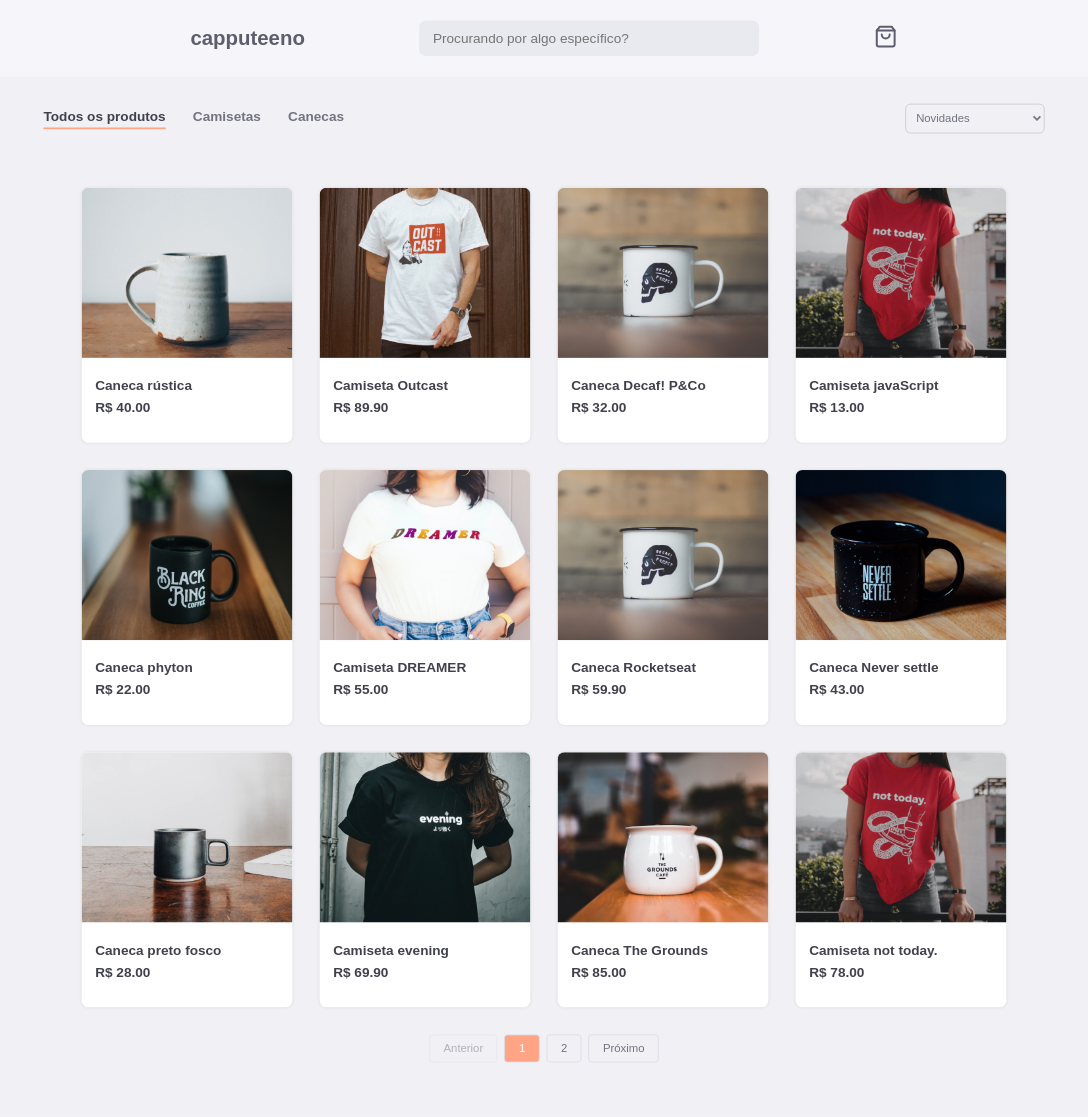
Repository: Biel-barbosa/capputeenoecomerce
Page: /
These files come from the project's save history. The page is drawn as it stood at one moment and after the next save; the edit follows.
The browser window is 1280 px wide. The pictures show the whole page, at 85% of full size.
The project was rebuilt for these pictures with package versions that can differ from the ones it lists, and the page was loaded fresh each time. The framework's server and built-in components were replaced by stand-ins that run in the browser. Also part of the build but not shown: next.config.ts.

Above is the page before, as saved 2025-04-25 13:54:40.

After the next save:
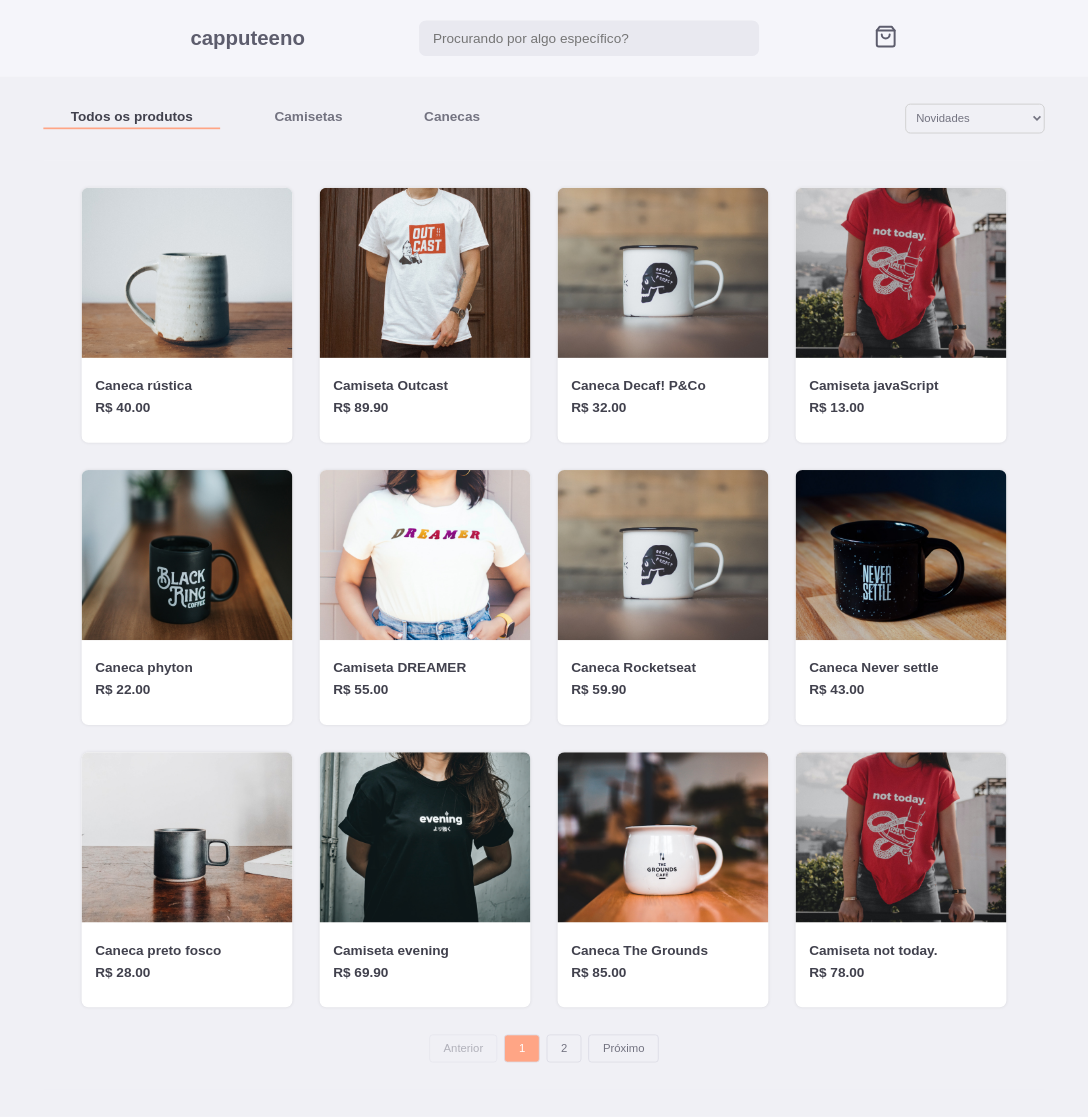
Saved 5 min 30 s later.
--- a/src/app/page.tsx
+++ b/src/app/page.tsx
@@ -53,6 +53,8 @@
     padding-bottom: 4px;
     transition: 0.2s;
     color: #737380;
+    padding-left: 2rem;  // Espaçamento para o lado esquerdo
+    padding-right: 2rem; // Espaçamento para o lado direito
 
     &.active {
       color: #41414d;

After the save that followed:
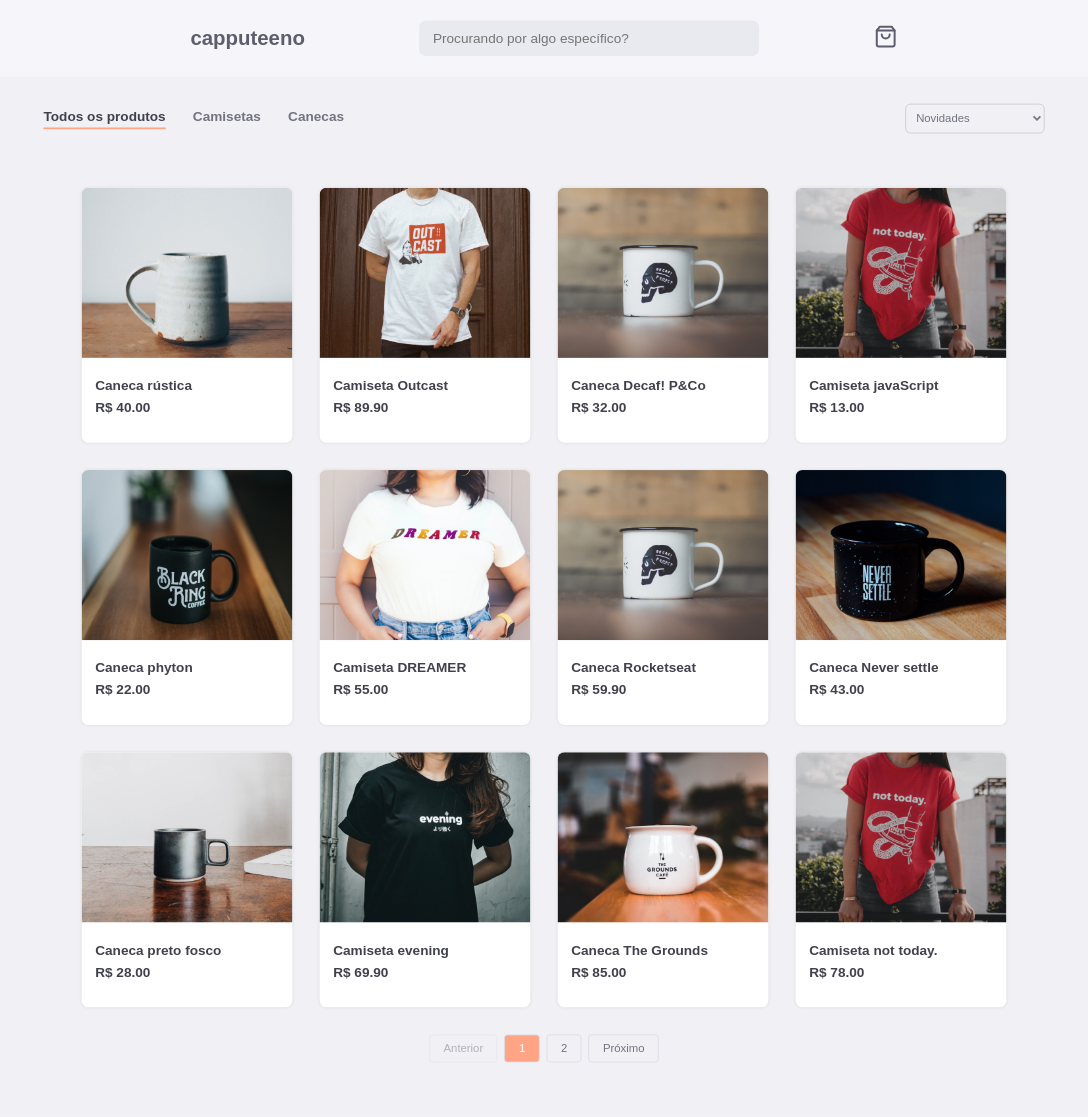
Saved 9 s later.
--- a/src/app/page.tsx
+++ b/src/app/page.tsx
@@ -53,8 +53,6 @@
     padding-bottom: 4px;
     transition: 0.2s;
     color: #737380;
-    padding-left: 2rem;  // Espaçamento para o lado esquerdo
-    padding-right: 2rem; // Espaçamento para o lado direito
 
     &.active {
       color: #41414d;
